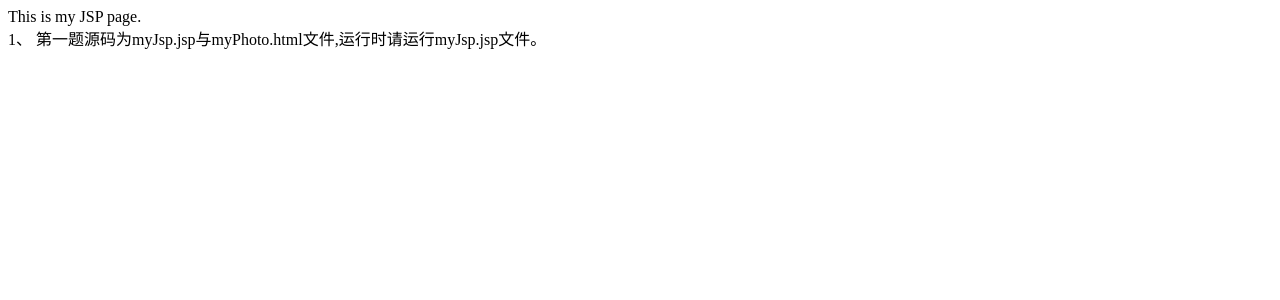
Repository: Fuhai-Chen/javaweb
Page: http://localhost/Chapter_3/
The author's editor kept a copy of each file at every save. The page is drawn from the files as they stood at one save, then again after the next save.
The browser window is 1280 px wide. The pictures show the whole page.
The page is served by Tomcat 9.

Above is the page before, as saved 2020-09-19 04:25:36.

### Chapter_3/WebRoot/index.jsp
<%@ page language="java" import="java.util.*" pageEncoding="UTF-8"%>
<%
String path = request.getContextPath();
String basePath = request.getScheme()+"://"+request.getServerName()+":"+request.getServerPort()+path+"/";
%>

<!DOCTYPE HTML PUBLIC "-//W3C//DTD HTML 4.01 Transitional//EN">
<html>
  <head>
    <base href="<%=basePath%>">

    <title>My JSP 'index.jsp' starting page</title>
	<meta http-equiv="pragma" content="no-cache">
	<meta http-equiv="cache-control" content="no-cache">
	<meta http-equiv="expires" content="0">
	<meta http-equiv="keywords" content="keyword1,keyword2,keyword3">
	<meta http-equiv="description" content="This is my page">
	<!--
	<link rel="stylesheet" type="text/css" href="styles.css">
	-->
  </head>

  <body>
    This is my JSP page. <br>
    1、 第一题源码为myJsp.jsp与myPhoto.html文件,运行时请运行myJsp.jsp文件。
  </body>
</html>

After the next save:
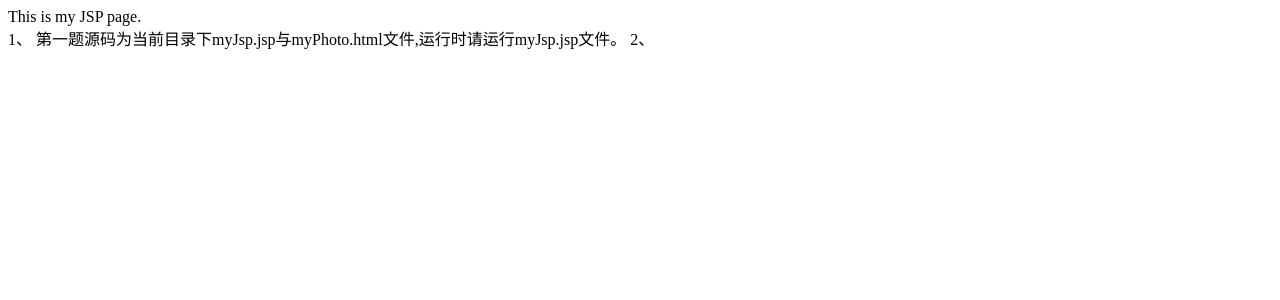
Saved 50 s later.
--- a/Chapter_3/WebRoot/index.jsp
+++ b/Chapter_3/WebRoot/index.jsp
@@ -22,6 +22,7 @@ String basePath = request.getScheme()+"://"+request.getServerName()+":"+request.
 
   <body>
     This is my JSP page. <br>
-    1、 第一题源码为myJsp.jsp与myPhoto.html文件,运行时请运行myJsp.jsp文件。
+    1、 第一题源码为当前目录下myJsp.jsp与myPhoto.html文件,运行时请运行myJsp.jsp文件。
+    2、
   </body>
 </html>
